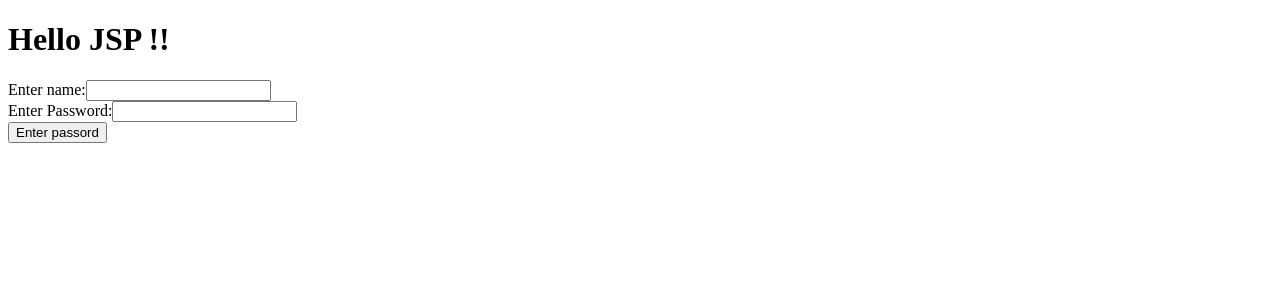
Repository: chandu3015/springBasicWorkSpace
Page: http://localhost/first-web-app/
These files come from the project's save history. The page is drawn as it stood at one moment and after the next save; the edit follows.
The browser window is 1280 px wide. The pictures show the whole page.
The page is served by Tomcat 9.

Above is the page before, as saved 2019-01-22 01:55:36.

After the next save:
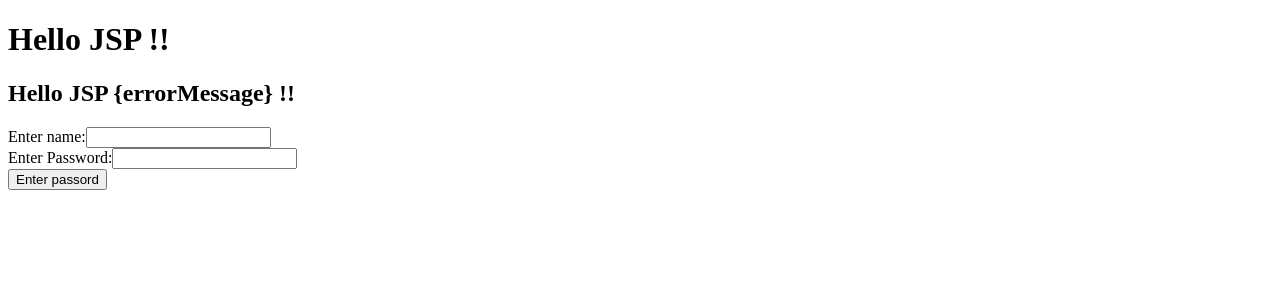
Saved 60 s later.
--- a/first-web-app/src/main/webapp/WEB-INF/views/login.jsp
+++ b/first-web-app/src/main/webapp/WEB-INF/views/login.jsp
@@ -8,7 +8,7 @@
 </head>
 <body>
 <h1>Hello JSP  !!</h1>
-
+<h2>Hello JSP {errorMessage} !!</h2>
 <form name ="loginForm" action="/login.do" method="post">
 Enter name:<input type="text" name="name" /> <br/>
 Enter Password:<input type="password" name="password" /><br/>
